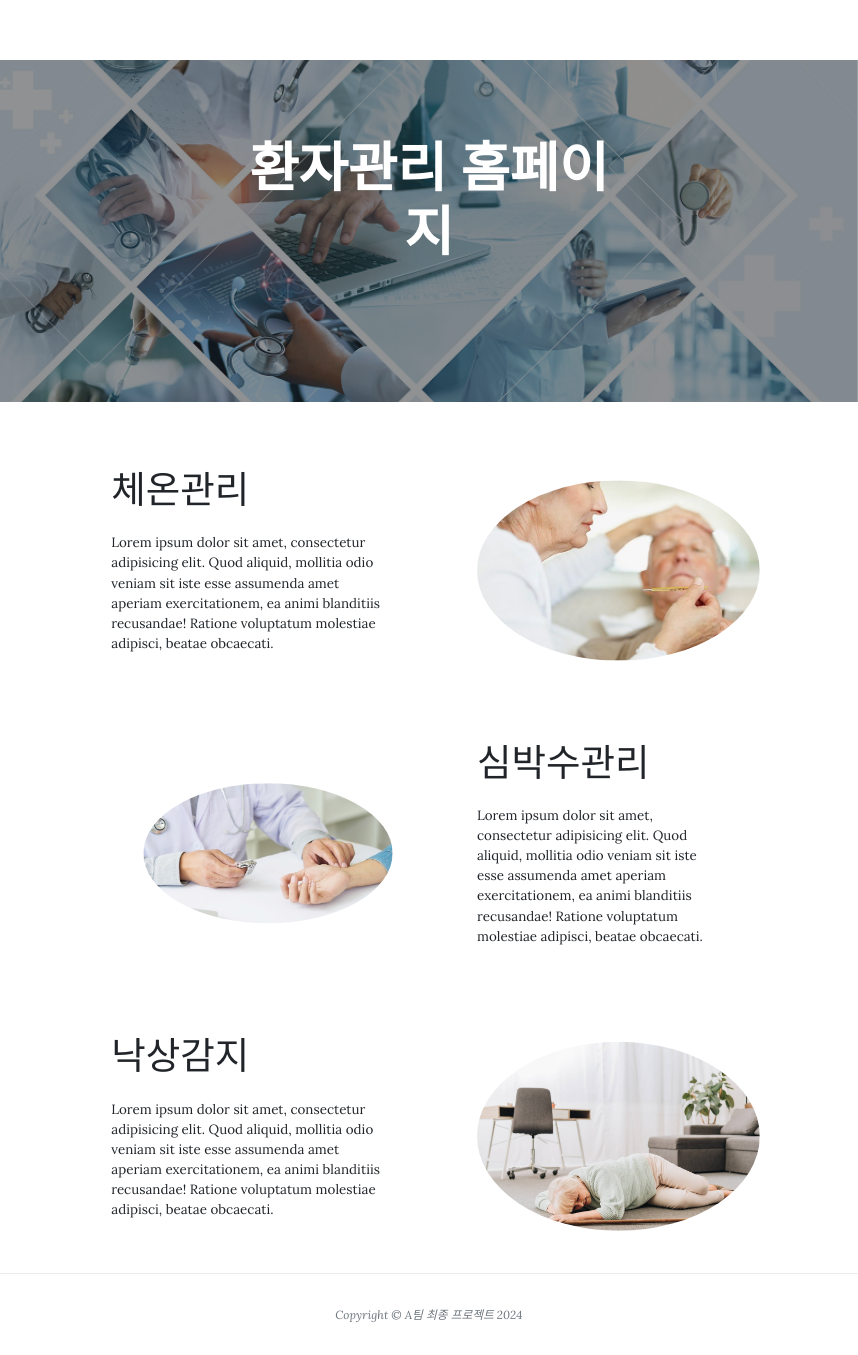
Repository: honsb91/project
Page: http://localhost/hospital/main.jsp
An editor plug-in stored every save of this project. The page is shown before and after the next save, followed by the edit.
The browser window is 1280 px wide. The pictures show the whole page, at 67% of full size.
Some web libraries are served in a nearby version. The page is served by Tomcat 9. Nobody is signed in. The application's start-up code is not run. Other server files are loaded and not shown.

Above is the page before, as saved 2024-01-24 07:01:41.

### hospital/src/main/webapp/main.jsp
<%@ page language="java" contentType="text/html; charset=UTF-8"
	pageEncoding="UTF-8"%>
<!DOCTYPE html>
<html>
<head>
<meta charset="UTF-8">
<title>Insert title here</title>
<head>
<meta charset="utf-8" />
<meta name="viewport"
	content="width=device-width, initial-scale=1, shrink-to-fit=no" />
<meta name="description" content="" />
<meta name="author" content="" />
<title>Clean Blog - Start Bootstrap Theme</title>
<link rel="icon" type="image/x-icon" href="resources/assets/favicon.ico" />
<!-- Font Awesome icons (free version)-->
<script src="https://use.fontawesome.com/releases/v6.3.0/js/all.js"
	crossorigin="anonymous"></script>
<!-- Google fonts-->
<link
	href="https://fonts.googleapis.com/css?family=Lora:400,700,400italic,700italic"
	rel="stylesheet" type="text/css" />
<link
	href="https://fonts.googleapis.com/css?family=Open+Sans:300italic,400italic,600italic,700italic,800italic,400,300,600,700,800"
	rel="stylesheet" type="text/css" />
<!-- Core theme CSS (includes Bootstrap)-->
<link href="resources/css/styles.css" rel="stylesheet" />
</head>
<body>
	<!-- Navigation-->
	<nav class="navbar navbar-expand-lg navbar-light" id="mainNav">
		<div class="container px-4 px-lg-5">
			<a class="navbar-brand" href="index.html">환자관리</a>
			<button class="navbar-toggler" type="button"
				data-bs-toggle="collapse" data-bs-target="#navbarResponsive"
				aria-controls="navbarResponsive" aria-expanded="false"
				aria-label="Toggle navigation">
				Menu <i class="fas fa-bars"></i>
			</button>
			<div class="collapse navbar-collapse" id="navbarResponsive">
				<ul class="navbar-nav ms-auto py-4 py-lg-0 ">
					<li class="nav-item"><a class="nav-link px-lg-3 py-3 py-lg-4"
						href="main">Home</a></li>
					<li class="nav-item"><a class="nav-link px-lg-3 py-3 py-lg-4"
						href="about.html">공지사항</a></li>
					<li class="nav-item"><a class="nav-link px-lg-3 py-3 py-lg-4"
						href="post.html">자주묻는질문</a></li>
					<li class="nav-item"><a class="nav-link px-lg-3 py-3 py-lg-4"
						href="post.html">커뮤니티</a></li>

					<li class="nav-item"><a class="nav-link px-lg-3 py-3 py-lg-4"
						href="member/login">로그인</a></li>
					<li class="nav-item"><a class="nav-link px-lg-3 py-3 py-lg-4"
						href="member/join">회원가입</a></li>
				</ul>
			</div>
		</div>
	</nav>
	<!-- Page Header-->
	<header class="masthead"
		style="background-image: url('resources/assets/img/test4.png')">
		<div class="container position-relative px-4 px-lg-5">
			<div class="row gx-4 gx-lg-5 justify-content-center">
				<div class="col-md-10 col-lg-8 col-xl-7">
					<div class="site-heading">
						<h1>환자관리 홈페이지</h1>
					</div>
				</div>
			</div>
		</div>
	</header>
	<!-- Main Content-->
	<section id="scroll">
		<div class="container px-5">
			<div class="row gx-5 align-items-center">
				<div class="col-lg-6 order-lg-2">
					<div class="p-5">
						<img class="img-fluid rounded-circle"
							src="resources/assets/img/ok8.jpg" alt="...">
					</div>
				</div>
				<div class="col-lg-6 order-lg-1">
					<div class="p-5">
						<h2 class="display-4">체온관리</h2>
						<p>Lorem ipsum dolor sit amet, consectetur adipisicing elit.
							Quod aliquid, mollitia odio veniam sit iste esse assumenda amet
							aperiam exercitationem, ea animi blanditiis recusandae! Ratione
							voluptatum molestiae adipisci, beatae obcaecati.</p>
					</div>
				</div>
			</div>
			<section>
				<div class="container px-5">
					<div class="row gx-5 align-items-center">
						<div class="col-lg-6">
							<div class="p-5">
								<img class="img-fluid rounded-circle"
									src="resources/assets/img/ok9.jpg" alt="...">
							</div>
						</div>
						<div class="col-lg-6">
							<div class="p-5">
								<h2 class="display-4">심박수관리</h2>
								<p>Lorem ipsum dolor sit amet, consectetur adipisicing elit.
									Quod aliquid, mollitia odio veniam sit iste esse assumenda amet
									aperiam exercitationem, ea animi blanditiis recusandae! Ratione
									voluptatum molestiae adipisci, beatae obcaecati.</p>
							</div>
						</div>
					</div>
				</div>
			</section>
			<div class="row gx-5 align-items-center">
				<div class="col-lg-6 order-lg-2">
					<div class="p-5">
						<img class="img-fluid rounded-circle"
							src="resources/assets/img/ok11.jpg" alt="...">
					</div>
				</div>
				<div class="col-lg-6 order-lg-1">
					<div class="p-5">
						<h2 class="display-4">낙상감지</h2>
						<p>Lorem ipsum dolor sit amet, consectetur adipisicing elit.
							Quod aliquid, mollitia odio veniam sit iste esse assumenda amet
							aperiam exercitationem, ea animi blanditiis recusandae! Ratione
							voluptatum molestiae adipisci, beatae obcaecati.</p>
					</div>
				</div>
			</div>
		</div>
	</section>
	<!-- Footer-->
	<footer class="border-top">
		<div class="container px-4 px-lg-5">
			<div class="row gx-4 gx-lg-5 justify-content-center">
				<div class="col-md-10 col-lg-8 col-xl-7">
					<div class="small text-center text-muted fst-italic">Copyright
						&copy; A팀 최종 프로젝트 2024</div>
				</div>
			</div>
		</div>
	</footer>
	<!-- Bootstrap core JS-->
	<script
		src="https://cdn.jsdelivr.net/npm/bootstrap@5.2.3/dist/js/bootstrap.bundle.min.js"></script>
	<!-- Core theme JS-->
	<script src="js/scripts.js"></script>
</body>
</html>

### hospital/src/main/webapp/resources/js/scripts.js
/*!
* Start Bootstrap - Clean Blog v6.0.9 (https://startbootstrap.com/theme/clean-blog)
* Copyright 2013-2023 Start Bootstrap
* Licensed under MIT (https://github.com/StartBootstrap/startbootstrap-clean-blog/blob/master/LICENSE)
*/
window.addEventListener('DOMContentLoaded', () => {
    let scrollPos = 0;
    const mainNav = document.getElementById('mainNav');
    const headerHeight = mainNav.clientHeight;
    window.addEventListener('scroll', function() {
        const currentTop = document.body.getBoundingClientRect().top * -1;
        if ( currentTop < scrollPos) {
            // Scrolling Up
            if (currentTop > 0 && mainNav.classList.contains('is-fixed')) {
                mainNav.classList.add('is-visible');
            } else {
                console.log(123);
                mainNav.classList.remove('is-visible', 'is-fixed');
            }
        } else {
            // Scrolling Down
            mainNav.classList.remove(['is-visible']);
            if (currentTop > headerHeight && !mainNav.classList.contains('is-fixed')) {
                mainNav.classList.add('is-fixed');
            }
        }
        scrollPos = currentTop;
    });
})

Loaded but not shown: hospital/src/main/webapp/resources/css/styles.css (library)

After the next save:
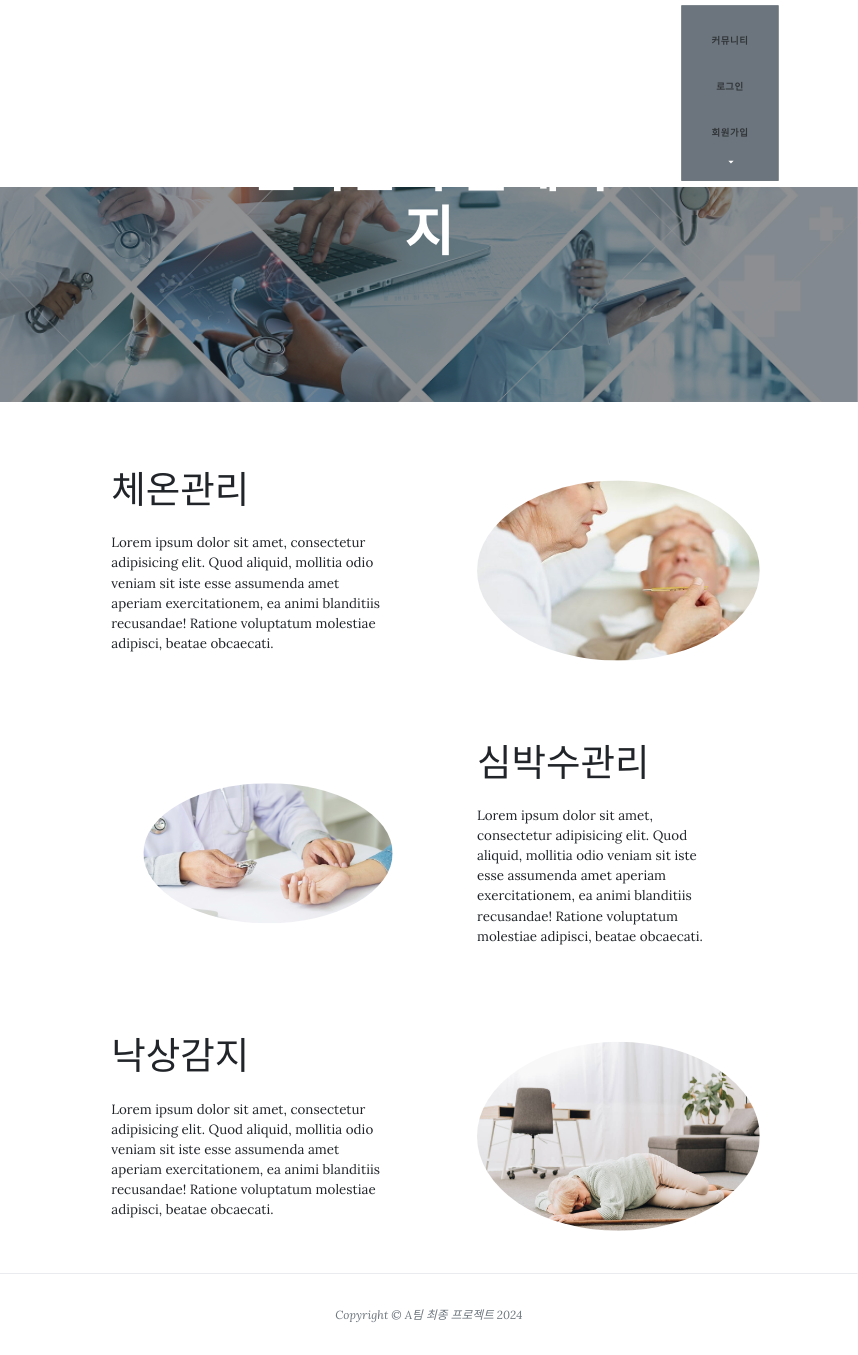
Saved 46 s later.
--- a/hospital/src/main/webapp/main.jsp
+++ b/hospital/src/main/webapp/main.jsp
@@ -45,6 +45,7 @@
 						href="about.html">공지사항</a></li>
 					<li class="nav-item"><a class="nav-link px-lg-3 py-3 py-lg-4"
 						href="post.html">자주묻는질문</a></li>
+						<button class="btn btn-secondary dropdown-toggle" type="button" id="dropdownMenu2" data-bs-toggle="dropdown" aria-expanded="false">
 					<li class="nav-item"><a class="nav-link px-lg-3 py-3 py-lg-4"
 						href="post.html">커뮤니티</a></li>
 

After the save that followed:
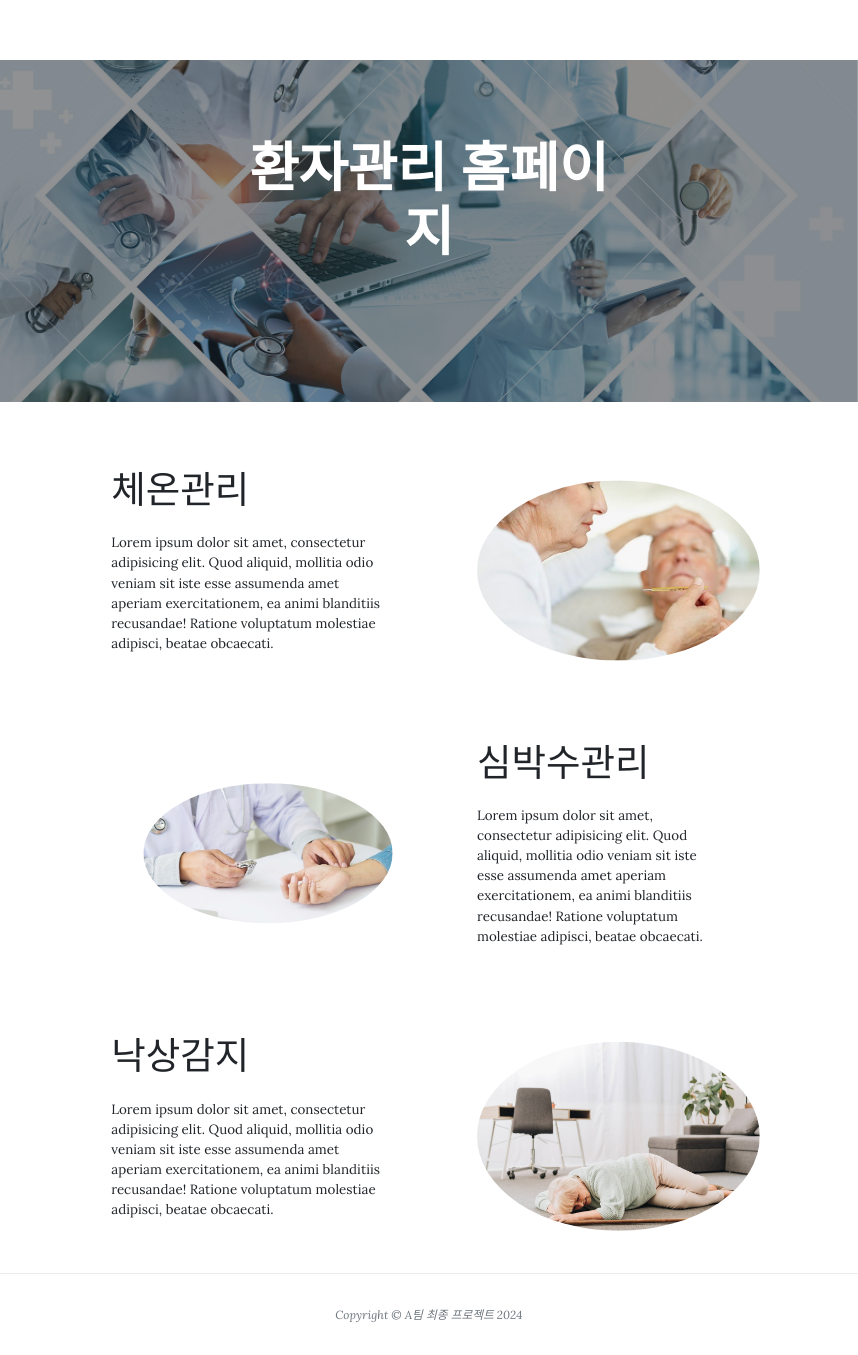
Saved 11 s later.
--- a/hospital/src/main/webapp/main.jsp
+++ b/hospital/src/main/webapp/main.jsp
@@ -45,7 +45,7 @@
 						href="about.html">공지사항</a></li>
 					<li class="nav-item"><a class="nav-link px-lg-3 py-3 py-lg-4"
 						href="post.html">자주묻는질문</a></li>
-						<button class="btn btn-secondary dropdown-toggle" type="button" id="dropdownMenu2" data-bs-toggle="dropdown" aria-expanded="false">
+
 					<li class="nav-item"><a class="nav-link px-lg-3 py-3 py-lg-4"
 						href="post.html">커뮤니티</a></li>
 
